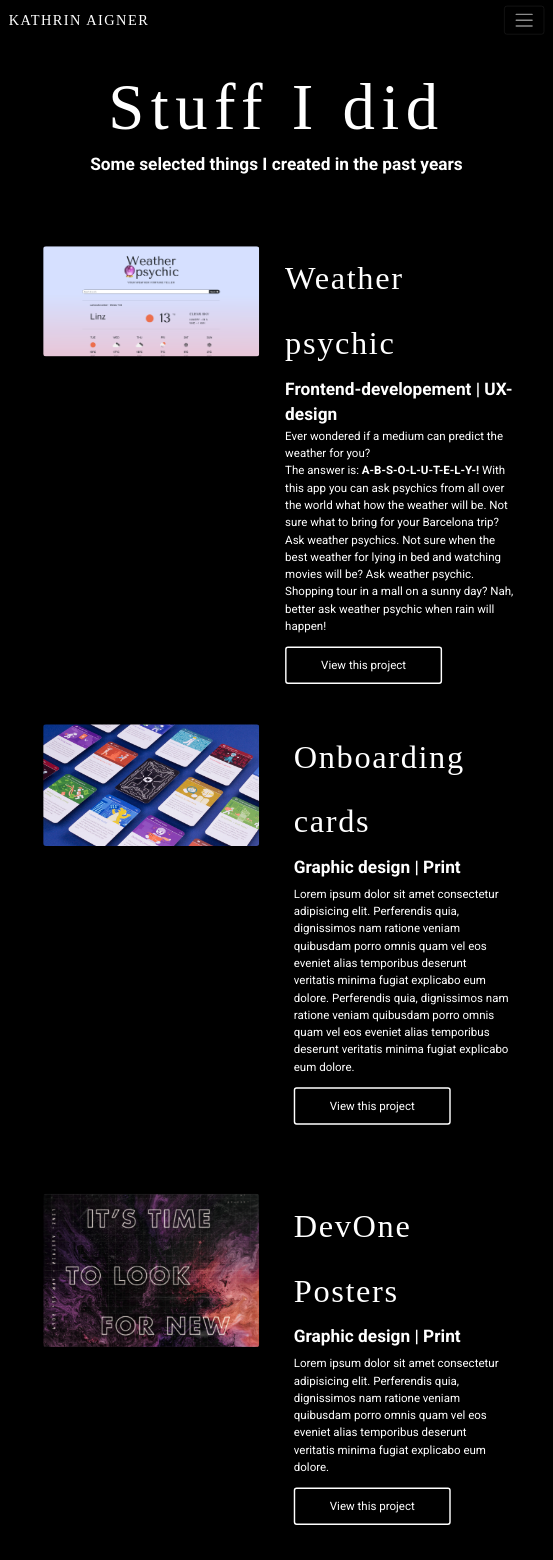
Repository: kathrin-aigner/Portfolio-2022
Page: work.html
An editor plug-in stored every save of this project. The page is shown before and after a run of saves, followed by the edit.
The browser window is 768 px wide. The pictures show the whole page, at 72% of full size.
Some web fonts or font styles are not loaded; a fallback is used. Some web libraries are served in a nearby version.

Above is the page before, as saved 2022-03-28 16:12:37.

After the next 2 saves:
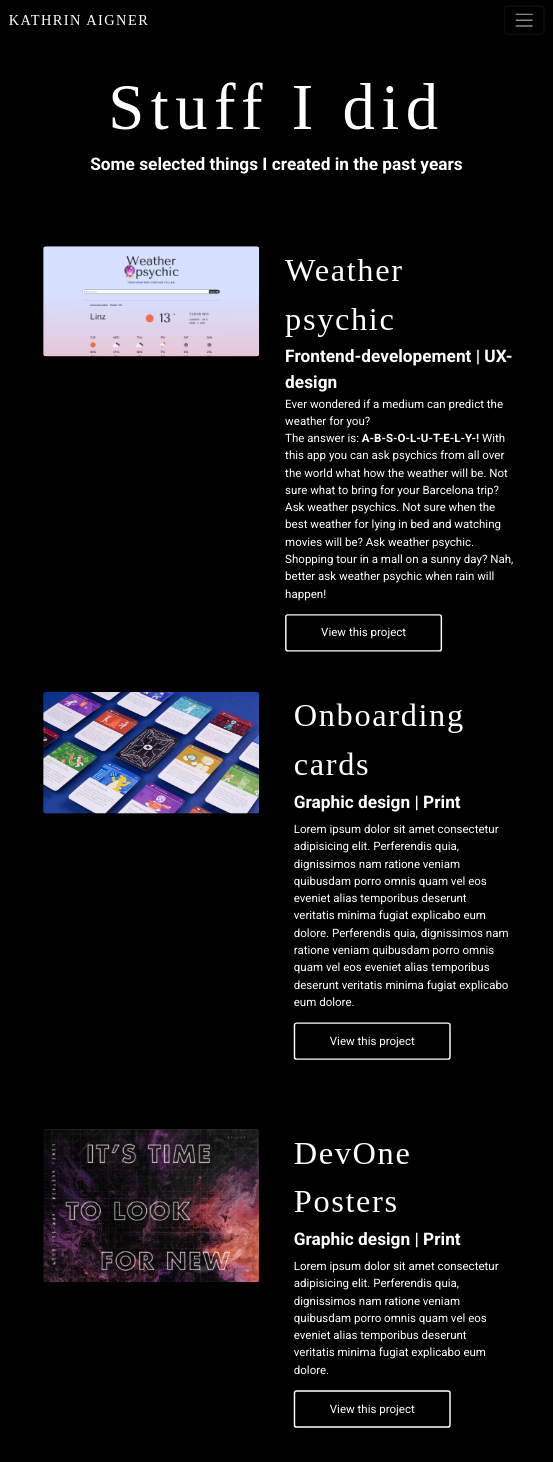
The 2 saves are shown as one change because they came seconds apart.
The last was saved 7 s later.
--- a/css/styles.css
+++ b/css/styles.css
@@ -94,6 +94,6 @@
     margin: 0;
   }
   .project-header {
-    line-height: 2em;
+    line-height: 1.5em;
   }
 }
